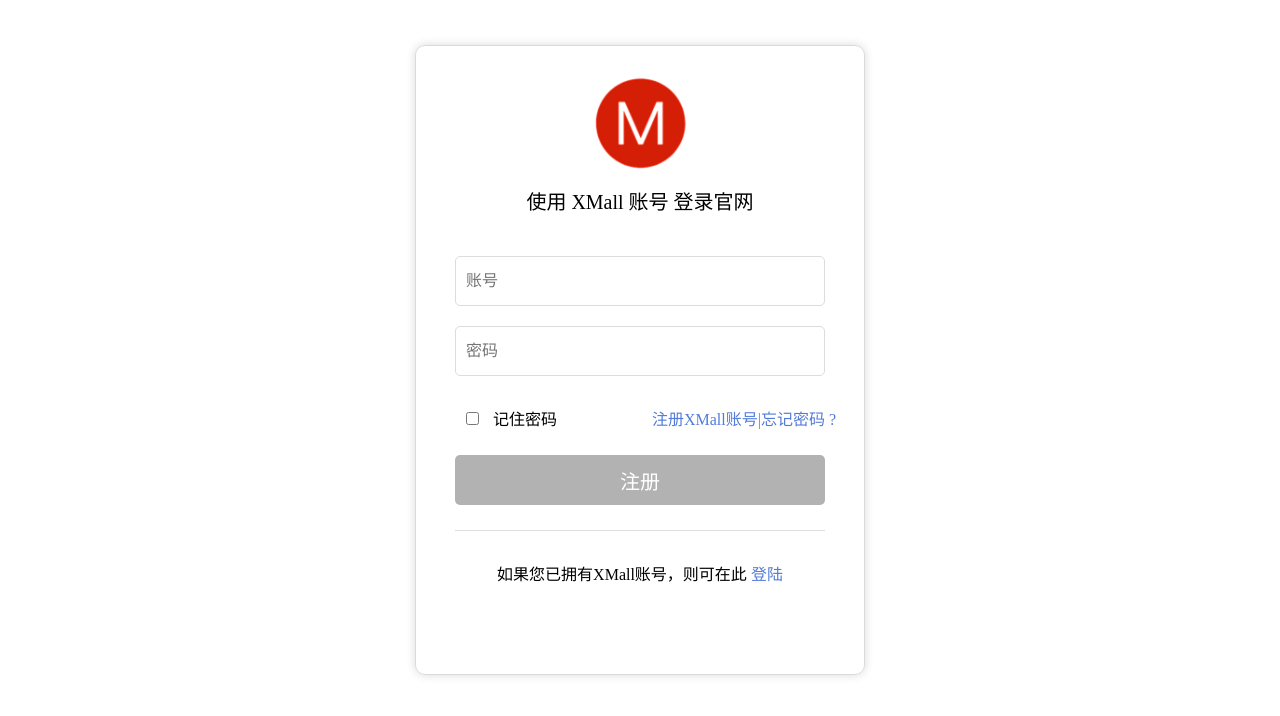
Repository: dingqihui1997/xmall-demo
Page: /signin
The author's editor kept a copy of each file at every save. The page is drawn from the files as they stood at one save, then again after the next save.
The browser window is 1280 px wide. The pictures show the whole page.
The project was rebuilt for these pictures with package versions that can differ from the ones it lists, and the page was loaded fresh each time. Also part of the build but not shown: vue.config.js, src/views/Home.vue.

Above is the page before, as saved 2021-06-29 17:47:06.

After the next save:
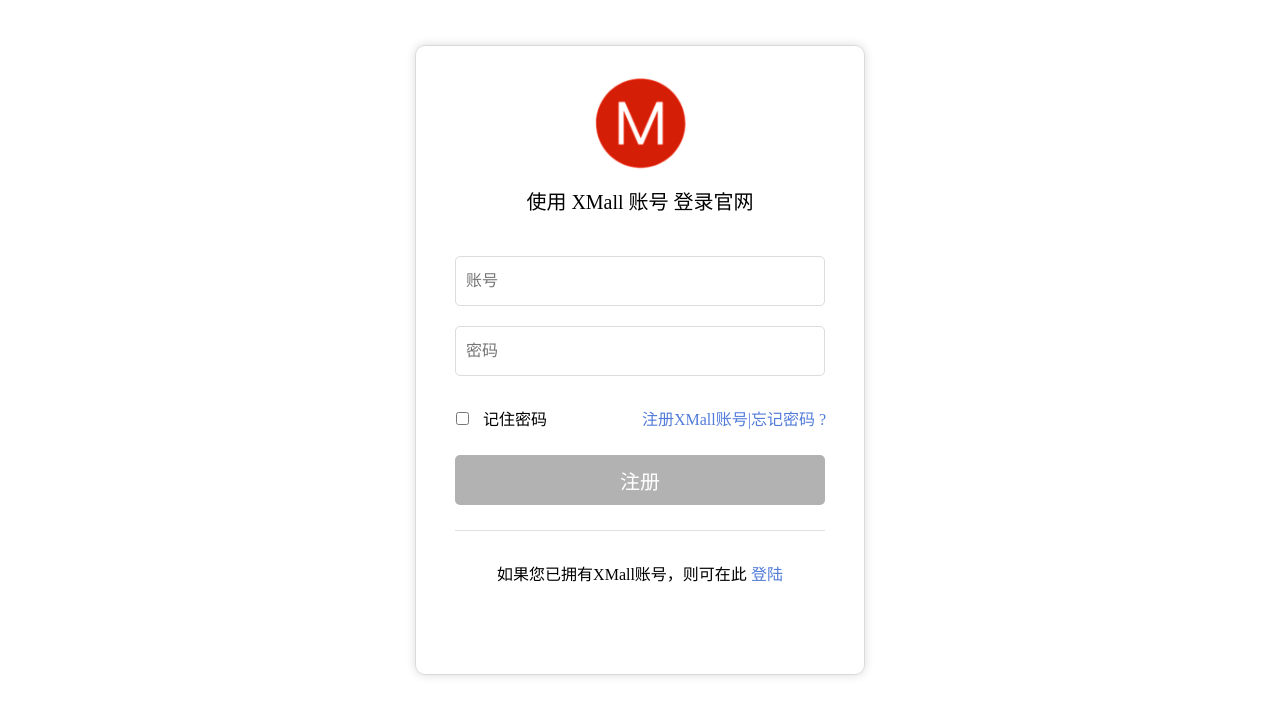
Saved 13 s later.
--- a/src/components/signin/Signin.vue
+++ b/src/components/signin/Signin.vue
@@ -158,7 +158,7 @@
   margin-top: 20px;
   width: 370px;
   position: relative;
-  left: 50px;
+  left: 40px;
 }
 .regis {
   padding: 0 35px;
